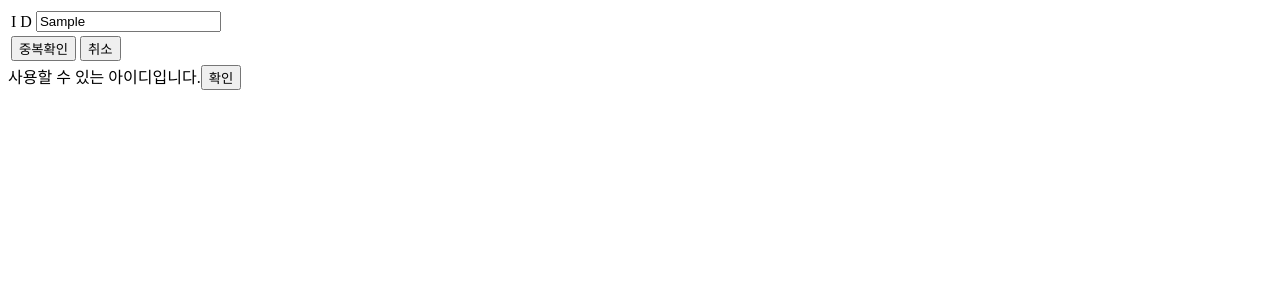
Repository: junewjdtn/TIL
Page: HTML+CSS/html_vscode_UI/4_JS_ec/JS/WebContent/js20_window03.html
An editor plug-in stored every save of this project. The page is shown before and after the next save, followed by the edit.
The browser window is 1280 px wide. The pictures show the whole page.
Empty fields were first filled with sample values (such as "Sample", 5 or name@example.com).
After loading, the first visible `input[onclick="confirmChk();"]` was clicked once.

Above is the page before, as saved 2022-05-18 05:17:14.

### HTML+CSS/html_vscode_UI/4_JS_ec/JS/WebContent/js20_window03.html
<!DOCTYPE html>
<html>
<head>
<meta charset="UTF-8">
<title>window03</title>
<script type="text/javascript">
	let ids = ["mulit", "java", "script", "jslim", "ljs", "rrhak"];

	function confirmChk(){
		let id = document.getElementsByName("id")[0].value;

		let div = document.getElementById("msg");

		if(ids.indexOf(id) != -1){
			div.innerHTML = "<b>아이디가 존재합니다.</b>";
		}else{
			let userId = "사용할 수 있는 아이디입니다." + "<input type='button' value='확인' onclick='insertId("+id+");'>";
			div.innerHTML = userId;
		}
	}
</script>
</head>
<body>
	<table>
		<tr>
			<td>I D</td>
			<td><input type="text" name="id"></td>
		</tr>
		<tr>
			<td colspan="2">
				<input type="button" value="중복확인" onclick="confirmChk();">
				<input type="button" value="취소" onclick="">
			</td>
		</tr>
	</table>
	<div id="msg"></div>
</body>
</html>

After the next save:
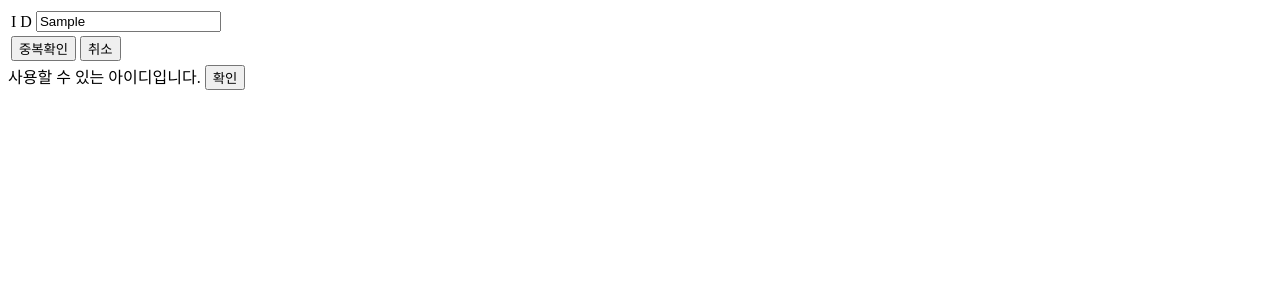
Saved 118 s later.
--- a/HTML+CSS/html_vscode_UI/4_JS_ec/JS/WebContent/js20_window03.html
+++ b/HTML+CSS/html_vscode_UI/4_JS_ec/JS/WebContent/js20_window03.html
@@ -14,7 +14,7 @@
 		if(ids.indexOf(id) != -1){
 			div.innerHTML = "<b>아이디가 존재합니다.</b>";
 		}else{
-			let userId = "사용할 수 있는 아이디입니다." + "<input type='button' value='확인' onclick='insertId("+id+");'>";
+			let userId = "사용할 수 있는 아이디입니다. " + " <input type='button' value='확인' onclick='insertId("+id+");'>";
 			div.innerHTML = userId;
 		}
 	}
